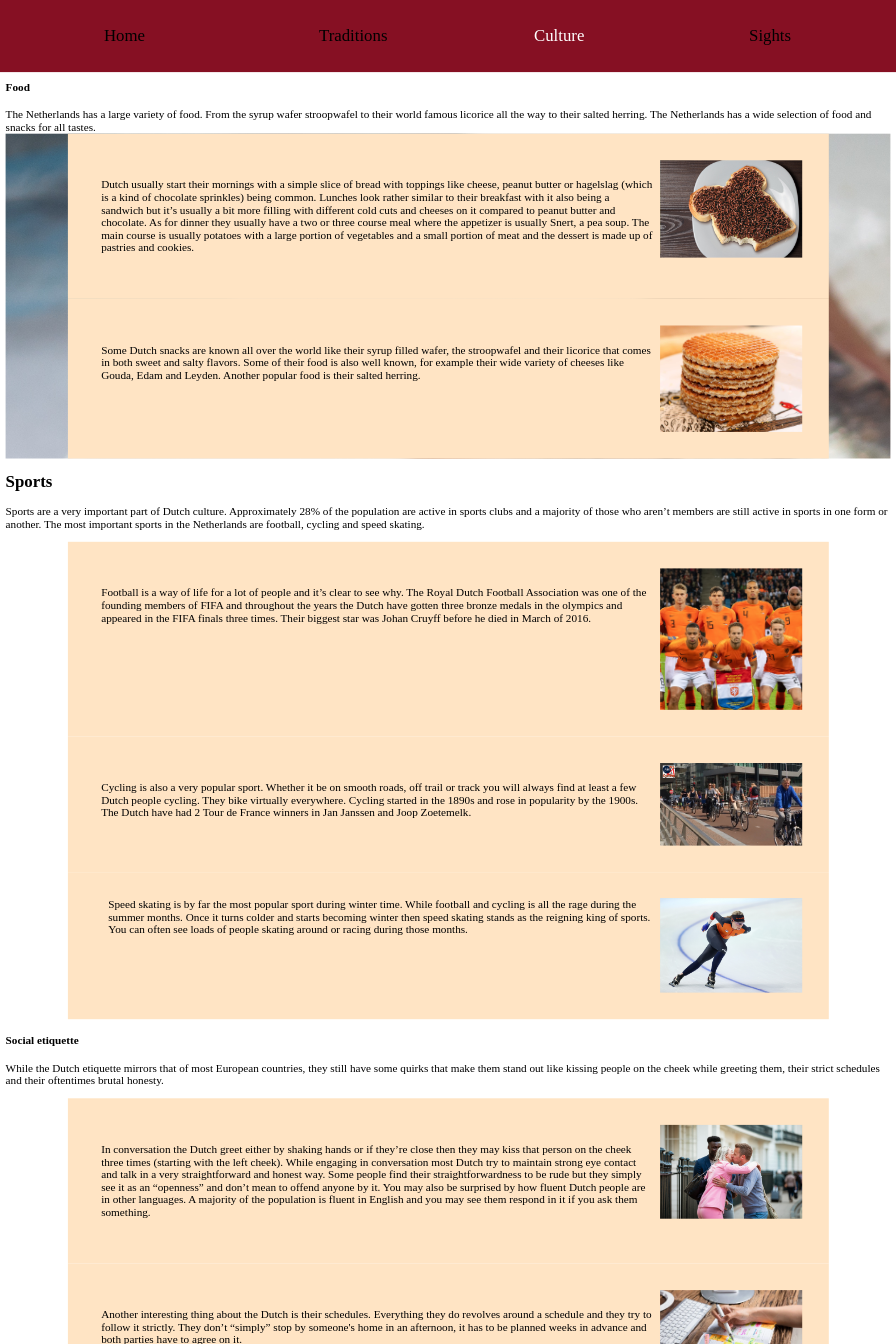
Repository: Cornman63/The-netherlands
Page: html/culture.html
The author's editor kept a copy of each file at every save. The page is drawn from the files as they stood at one save, then again after the next save.
The browser window is 1280 px wide. The pictures show the part of the page from y = 0 to 1920 px (the page is 2058 px tall before and 2656 px after), at 70% of full size.

Above is the page before, as saved 2023-05-28 12:26:24.

### html/culture.html
<!DOCTYPE html>
<html lang="en">
<head>
    <meta charset="UTF-8">
    <meta http-equiv="X-UA-Compatible" content="IE=edge">
    <meta name="viewport" content="width=device-width, initial-scale=1.0">
    <title>Culture</title>
    <link rel="stylesheet" href="../CSS\style2.css">
</head>
<body>
<header>
    <div class="top">
        <div class="site"><a href="index.html" class="link">Home</a></div>
        <div class="site"><a href="traditions.html" class="link">Traditions</a></div>
        <div class="site"><a href="culture2.html" style="color: white" class="link">Culture</a></div>
        <div class="site"><a href="sights.html" class="link">Sights</a></div>
    </div>
</header>

    <div class="text">
        <h4 id="foodh">Food</h4>
        <div class="food">
            <div class="stroopwafel">The Netherlands has a large variety of food. From the syrup wafer stroopwafel to their world famous licorice all the way to their salted herring. The Netherlands has a wide selection of food and snacks for all tastes. </div>
            <div>
        </div>
        <div class="foodmain">
        <div class="item">
            <p class="par">Dutch usually start their mornings with a simple slice of bread with toppings like cheese, peanut butter or hagelslag (which is a kind of chocolate sprinkles) being common. Lunches look rather similar to their breakfast with it also being a sandwich but it’s usually a bit more filling with different cold cuts and cheeses on it compared to peanut butter and chocolate. As for dinner they usually have a two or three course meal where the appetizer is usually Snert, a pea soup. The main course is usually potatoes with a large portion of vegetables and a small portion of meat and the dessert is made up of pastries and cookies. </p>
            <img src="../images\hagelslag.jpg" alt="hagelslag" class="img">
        </div>
        <div class="item">
            <p class="par">Some Dutch snacks are known all over the world like their syrup filled wafer, the stroopwafel and their licorice that comes in both sweet and salty flavors. Some of their food is also well known, for example their wide variety of cheeses like Gouda, Edam and Leyden. Another popular food is their salted herring.</p>
            <img src="../images/stroopwafel.jpg" alt="stroopwafel" class="img">
        </div>
        </div>

        <div class="sportstart">
            <h2>Sports</h2>
            <p>Sports are a very important part of Dutch culture. Approximately 28% of the population are active in sports clubs and a majority of those who aren’t members are still active in sports in one form or another. The most important sports in the Netherlands are football, cycling and speed skating. </p>
        </div>
        <div class="sportmain">
            <div class="item">
            <p class="par">Football is a way of life for a lot of people and it’s clear to see why. The Royal Dutch Football Association was one of the founding members of FIFA and throughout the years the Dutch have gotten three bronze medals in the olympics and appeared in the FIFA finals three times. Their biggest star was Johan Cruyff before he died in March of 2016. </p>
            <img src="../images/football.jpg" alt="dutch football" class="img">
            </div>
            <div class="item">
                <p class="par">Cycling is also a very popular sport. Whether it be on smooth roads, off trail or track you will always find at least a few Dutch people cycling. They bike virtually everywhere. Cycling started in the 1890s and rose in popularity by the 1900s. The Dutch have had 2 Tour de France winners in Jan Janssen and Joop Zoetemelk.</p>
                <img src="../images/cycling.jpg" alt="cycling" class="img">
            </div>
            <div class="item">
                <p class="par"></p>Speed skating is by far the most popular sport during winter time. While football and cycling is all the rage during the summer months. Once it turns colder and starts becoming winter then speed skating stands as the reigning king of sports. You can often see loads of people skating around or racing during those months.</p>
                <img src="../images/skating.jpg" alt="skating" class="img">
            </div>
        </div>
        <div class="soceqstart">
            <h4>Social etiquette</h4>
            <p>While the Dutch etiquette mirrors that of most European countries, they still have some quirks that make them stand out like kissing people on the cheek while greeting them, their strict schedules and their oftentimes brutal honesty.</p>
        </div>
        <div class="soceqmain">
            <div class="item">
                <p class="par">In conversation the Dutch greet either by shaking hands or if they’re close then they may kiss that person on the cheek three times (starting with the left cheek). While engaging in conversation most Dutch try to maintain strong eye contact and talk in a very straightforward and honest way. Some people find their straightforwardness to be rude but they simply see it as an “openness” and don’t mean to offend anyone by it. You may also be surprised by how fluent Dutch people are in other languages. A majority of the population is fluent in English and you may see them respond in it if you ask them something.</p>
                <img src="../images/kiss.jpeg" alt="dutch kiss" class="img">
            </div>
            <div class="item">
                <p class="par">Another interesting thing about the Dutch is their schedules. Everything they do revolves around a schedule and they try to follow it strictly. They don’t “simply” stop by someone's home in an afternoon, it has to be planned weeks in advance and both parties have to agree on it.                </p>
                <img src="../images/schedule.webp" alt="schedule" class="img">
            </div>
        </div>
    </div>

<footer>
    <div class="bottom">

    </div>
</footer>

</body>
</html>

### CSS/style2.css
header{
    background-color: #861023;
    margin: -8px;
    padding: -8px;
}

footer{
    background-color: #053484;
    margin: -8px;
    padding: -8px;
}

.top, .bottom {
    display: flex;
    flex-direction: row;
    justify-content: center;
    align-content: center;

    margin: auto;
    padding: 2%;
    font-size: 150%;
}
.bottom{
    background-color: #053484;
}
.site {
    display: flex;
    border: 1%;
    margin: 1%;
    margin-left: 10%;
    align-content: center;
    width: 90%;
}

.link{
    text-decoration: none;
}
.link:link {
    color:black;
}
.link:visited {
    color:black;
}
.link:hover {
    color:white;
}
.foodmain {
    display: flex;
    flex-direction: column;
    background-image: url(../images/herring.jpg);
    border: 5%;
}
.item{
    max-width: 80%;
    margin: auto;
    display: flex;
    flex-direction: row;
    padding: 3%;
    background-color: bisque;
    border:5%;
}
.img {
    width: 20%;
    height: 20%;
    display: flex;
    flex-direction: row;
}
.par {
    padding: 1%;
}

After the next save:
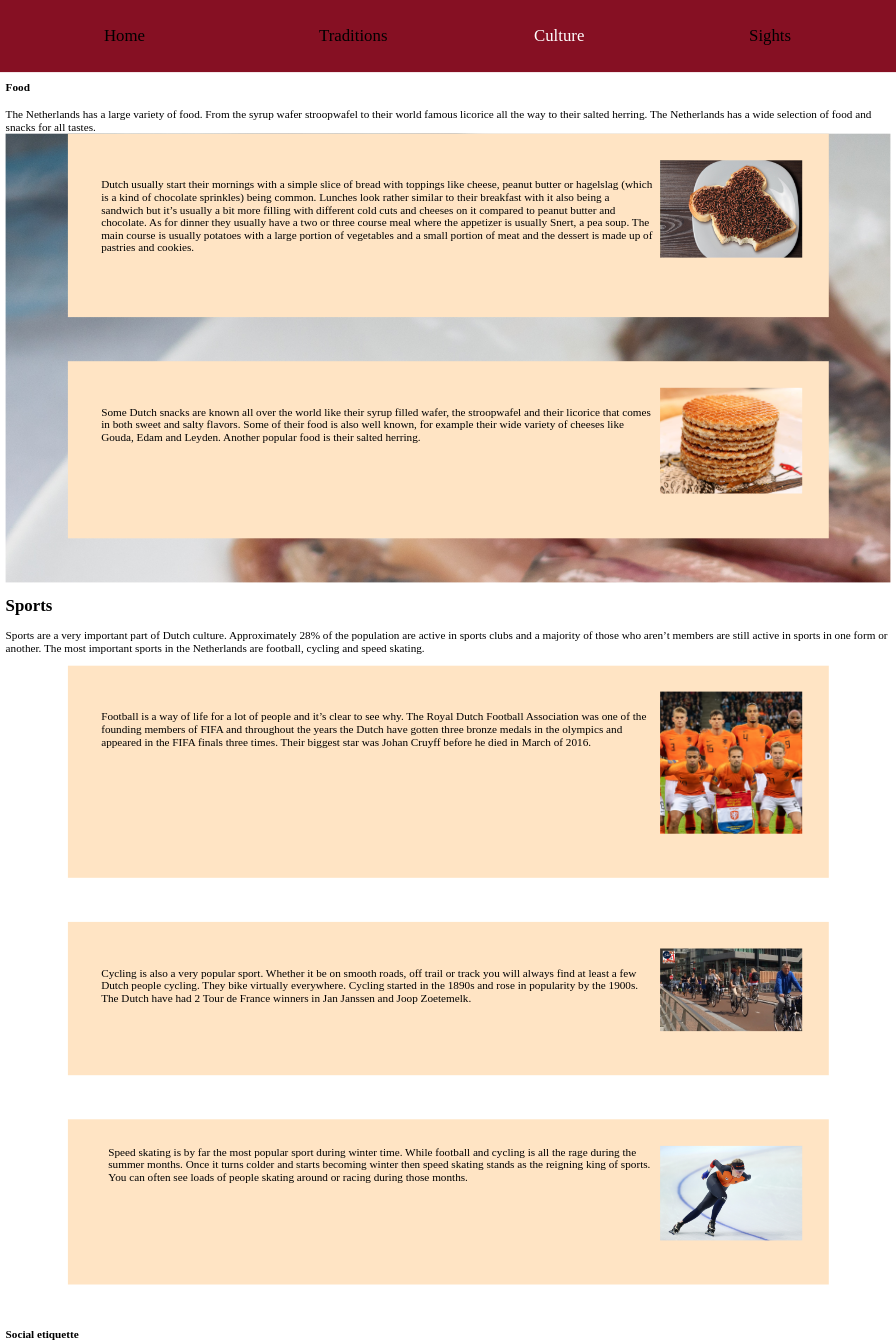
Saved 113 s later.
--- a/CSS/style2.css
+++ b/CSS/style2.css
@@ -58,6 +58,9 @@ footer{
     padding: 3%;
     background-color: bisque;
     border:5%;
+    margin-bottom: 5%;
+    padding-bottom: 5%;
+
 }
 .img {
     width: 20%;
